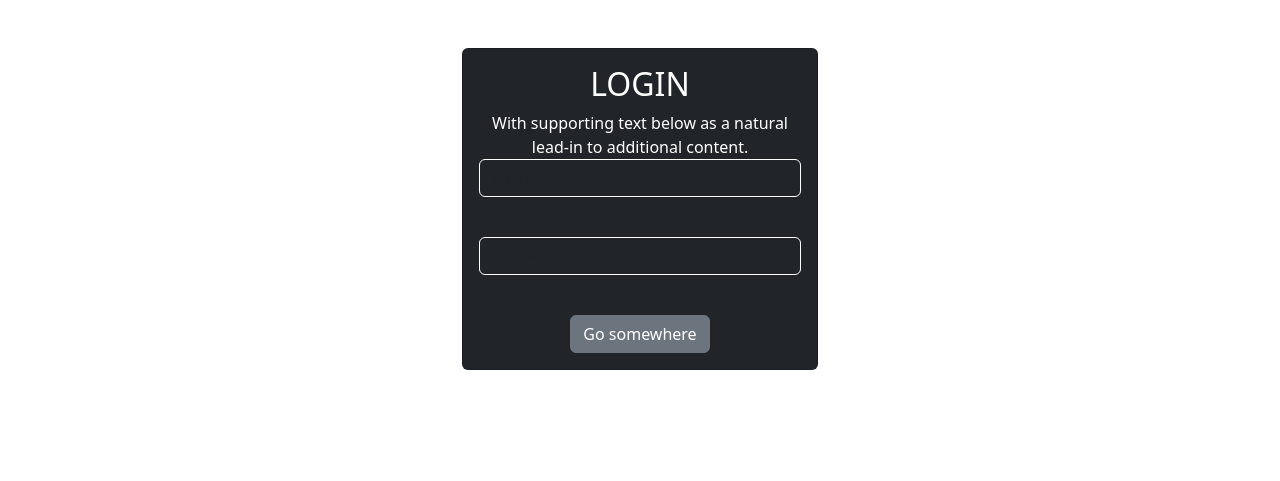
Repository: Rohit1995K/React-redux
Page: /
These files come from the project's save history. The page is drawn as it stood at one moment and after the next save; the edit follows.
The browser window is 1280 px wide. The pictures show the whole page.
The project was rebuilt for these pictures with package versions that can differ from the ones it lists, and the page was loaded fresh each time. Also part of the build but not shown: src/Components/CartItem.js, src/Containers/CartContainer.js, src/Components/Navbar.js.

Above is the page before, as saved 2022-10-25 12:30:19.

After the next save:
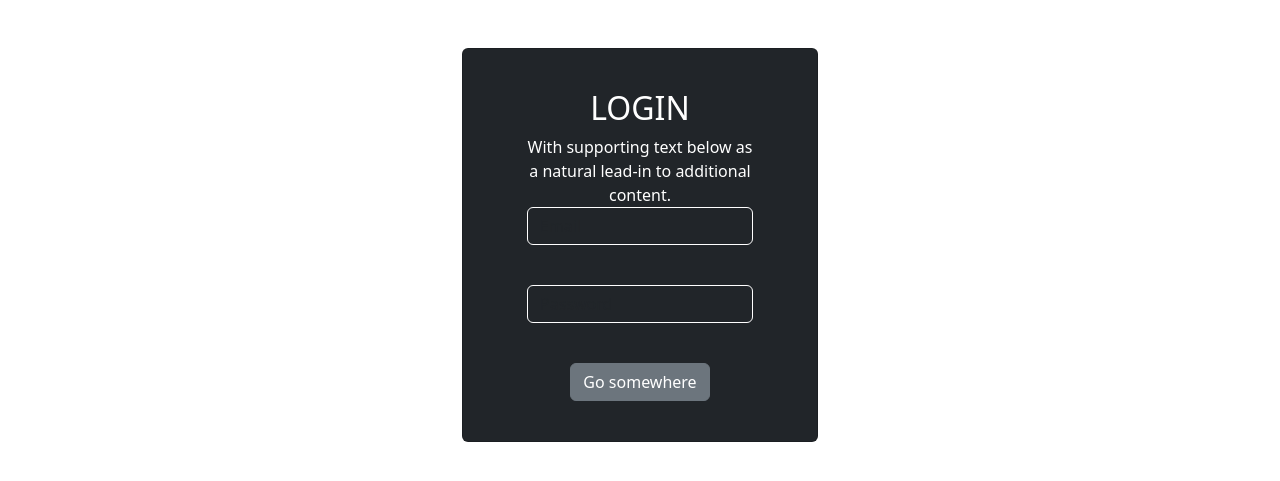
Saved 56 s later.
--- a/src/Components/Login/Login.js
+++ b/src/Components/Login/Login.js
@@ -9,7 +9,7 @@ const Login = () => {
         <div className="container">
         <div className="row">
             <div className="offset-md-4 col-md-4">
-                <Card className="mt-5" color="dark" inverse>
+                <Card className="mt-5 px-5 py-4" color="dark" inverse>
                     <CardBody>
                         <CardTitle tag="h2">
                             LOGIN
